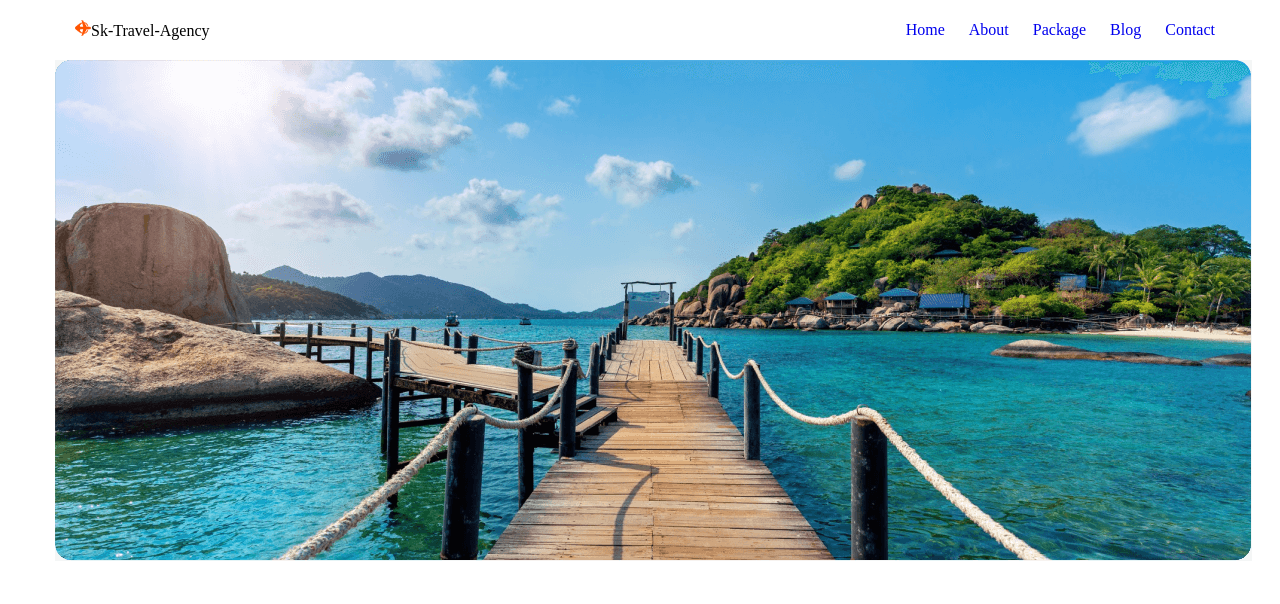
Repository: sumonkumarsarkar/Sk-Travel-Agency-
Page: index.html
An editor plug-in stored every save of this project. The page is shown before and after the next save, followed by the edit.
The browser window is 1280 px wide. The pictures show the whole page.

Above is the page before, as saved 2024-01-16 20:02:49.

After the next save:
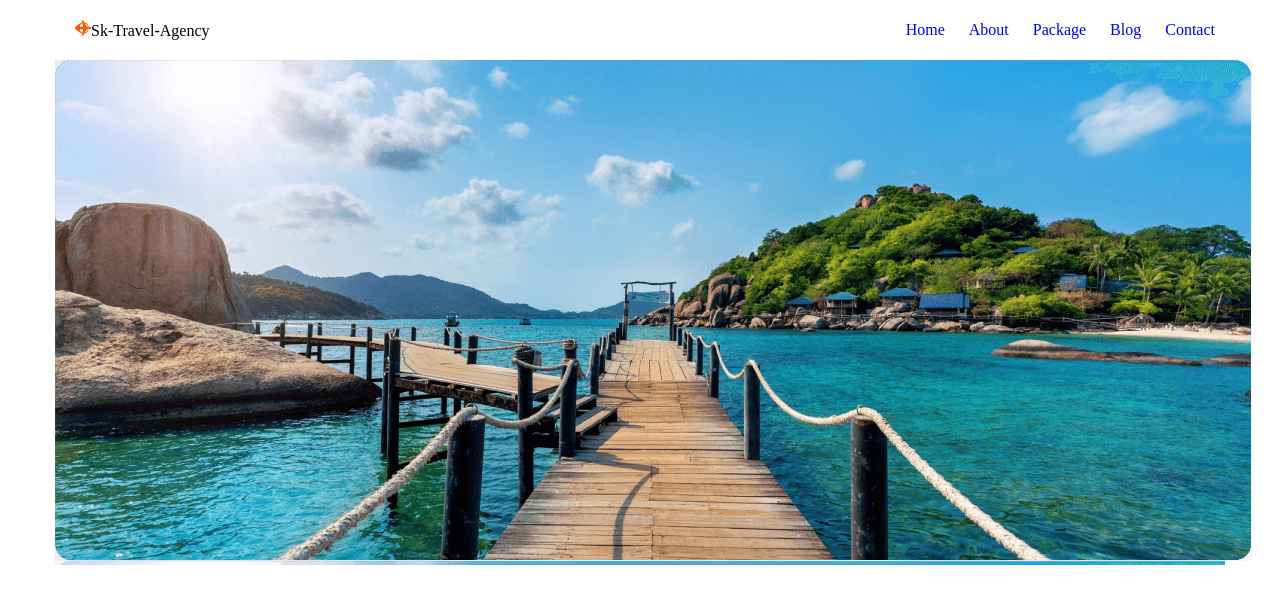
Saved 73 s later.
--- a/style.css
+++ b/style.css
@@ -38,7 +38,7 @@ nav{
     text-decoration: none;
 }
 
-.banner-header{
-  background-image: url('./Images/Group 40071 (2).png');
+.banner-section{
+  background-image: url('./Images/Group 13 (1) (1).png');
 }
 /* header menu bar end  */
